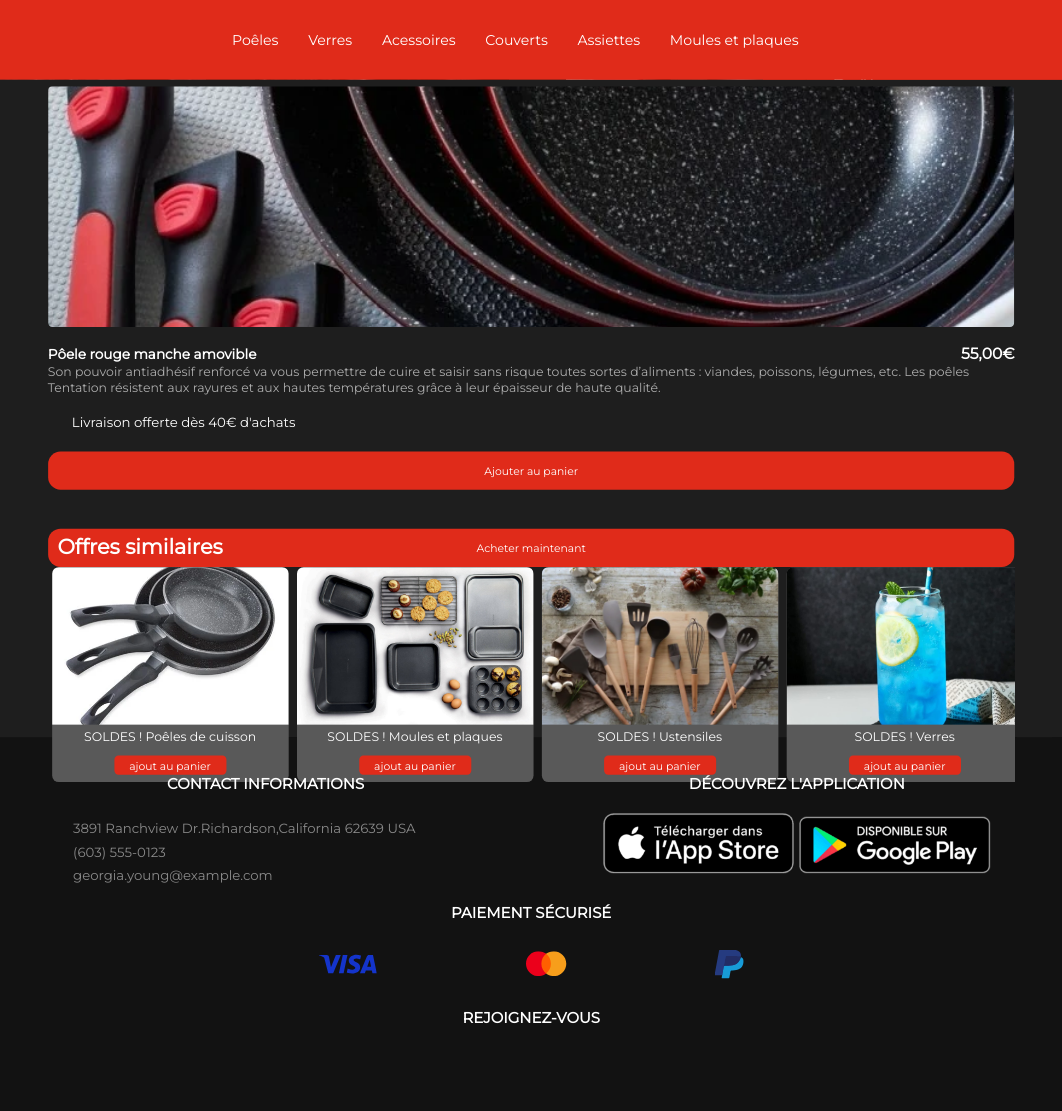
Repository: Juannpl/Luxury-Kicthen
Page: html/page_produits.html
The author's editor kept a copy of each file at every save. The page is drawn from the files as they stood at one save, then again after the next save.
The browser window is 1280 px wide. The pictures show the whole page, at 83% of full size.
Some icons come from a web library that is not loaded, so they are not drawn.

Above is the page before, as saved 2023-02-16 11:18:43.

After the next save:
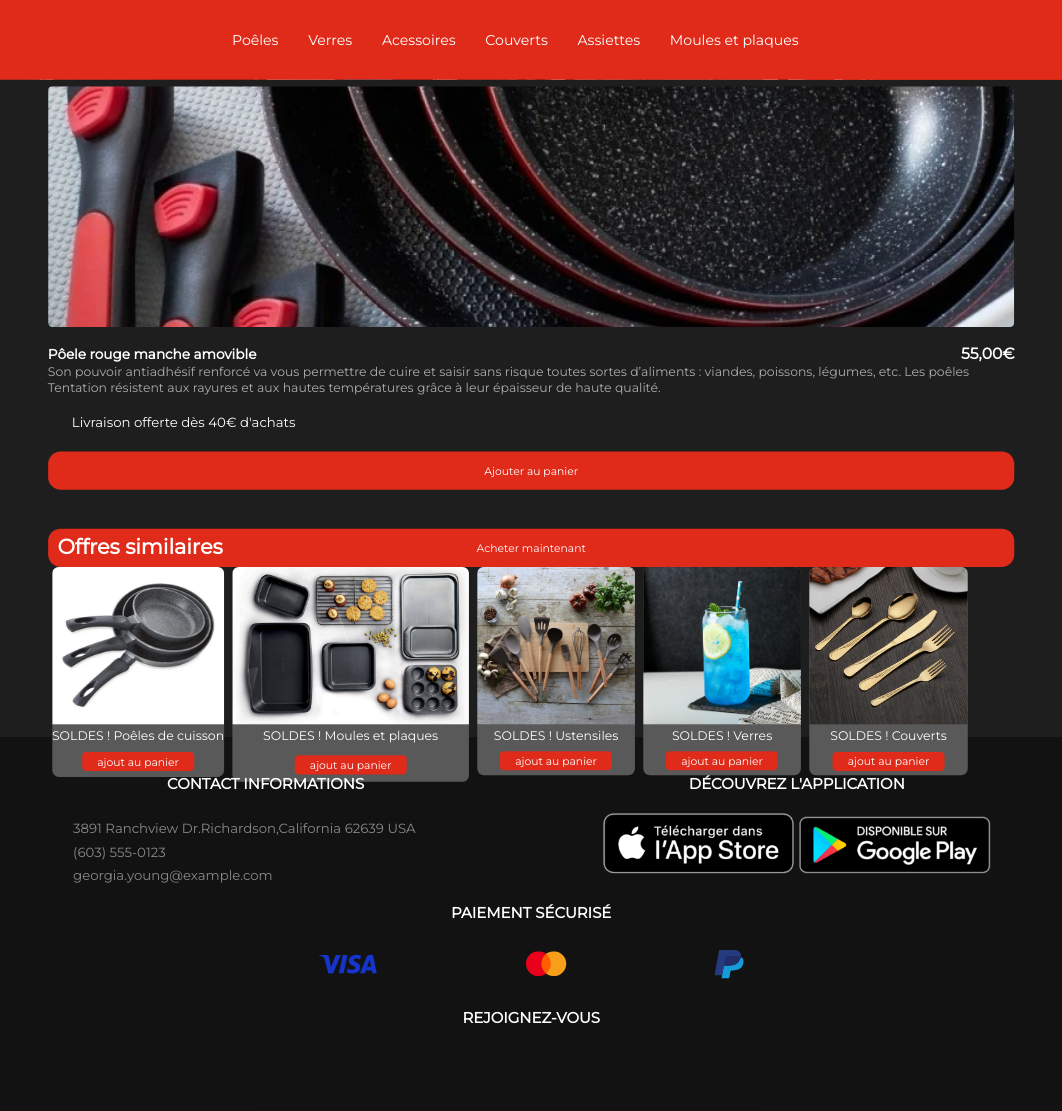
Saved 32 s later.
--- a/css/page_produits.css
+++ b/css/page_produits.css
@@ -345,6 +345,7 @@
     justify-content: space-between;
     flex-direction: column;
 }
+sw
 
 /*
 

After the save that followed:
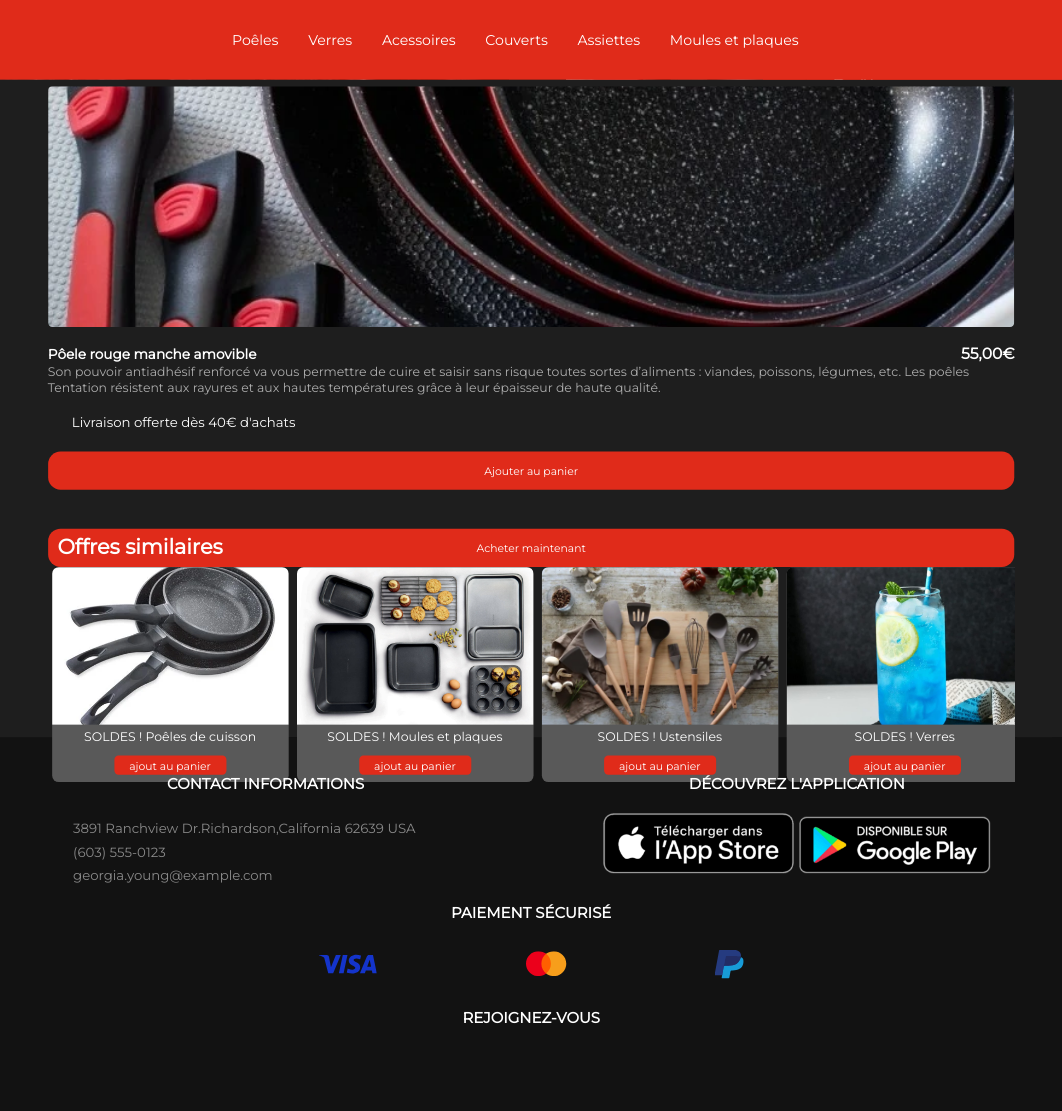
Saved 8 s later.
--- a/css/page_produits.css
+++ b/css/page_produits.css
@@ -345,7 +345,10 @@
     justify-content: space-between;
     flex-direction: column;
 }
-sw
+
+.swipe{
+
+}
 
 /*
 
